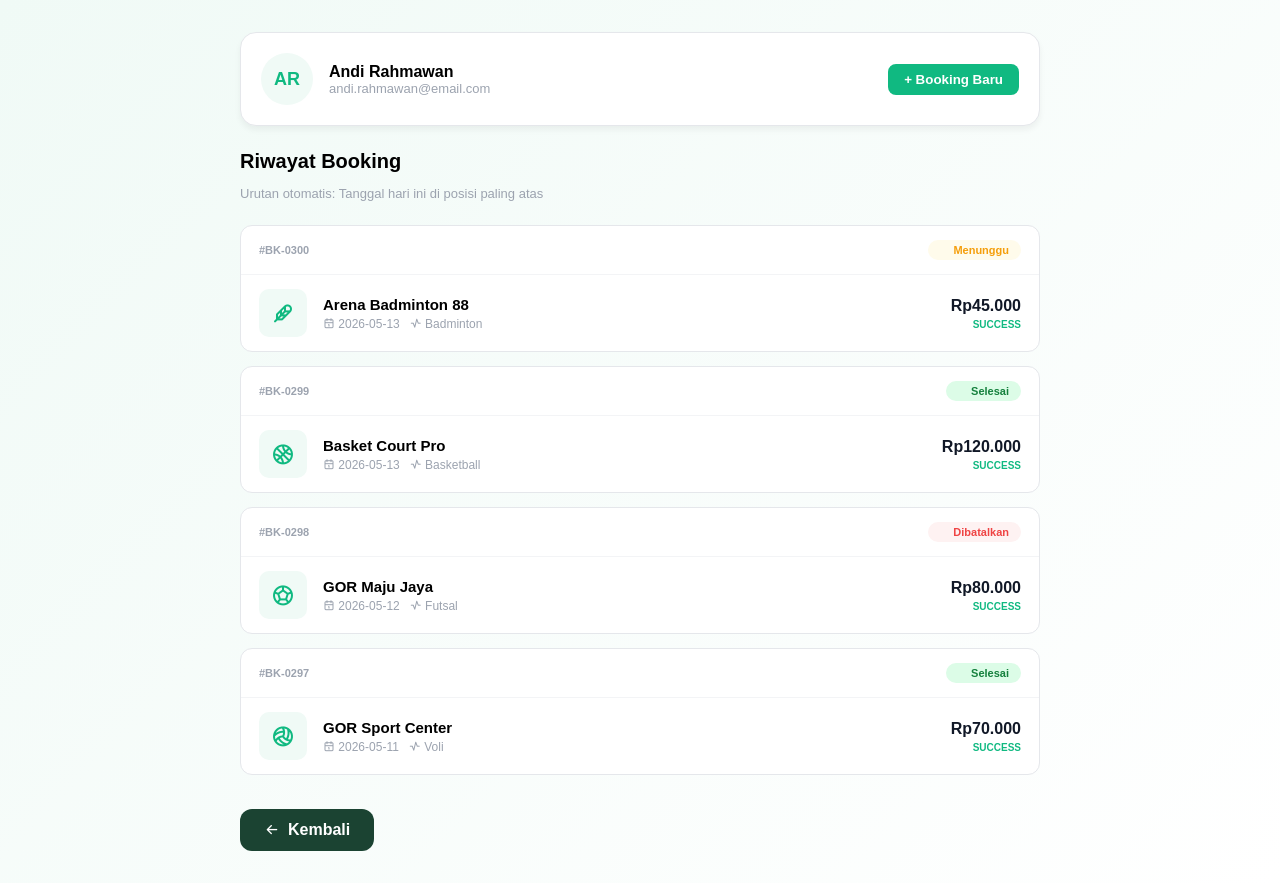
Repository: vira633/SportSpace
Page: riwayat.html
An editor plug-in stored every save of this project. The page is shown before and after the next save, followed by the edit.
The browser window is 1280 px wide. The pictures show the whole page.
Some web libraries are served in a nearby version.

Above is the page before, as saved 2026-05-15 13:28:10.

After the next save:
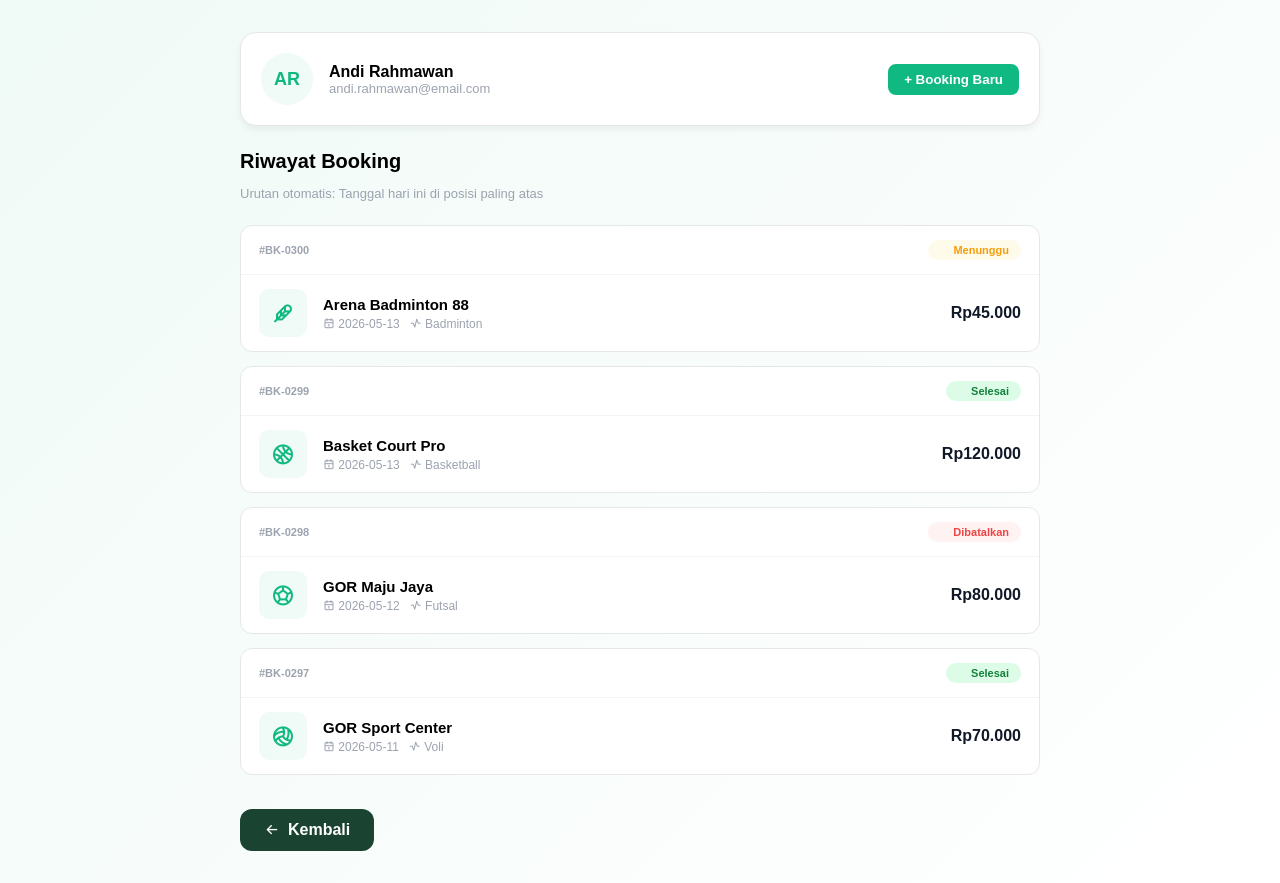
Saved 6 s later.
--- a/riwayat.html
+++ b/riwayat.html
@@ -131,7 +131,6 @@
           </div>
           <div style="text-align:right;">
             <div style="font-size:16px; font-weight:700; color:var(--gray-900);">${item.harga}</div>
-            <div style="font-size:10px; color:var(--green); font-weight:800; margin-top:4px;">SUCCESS</div>
           </div>
         </div>
       </div>
